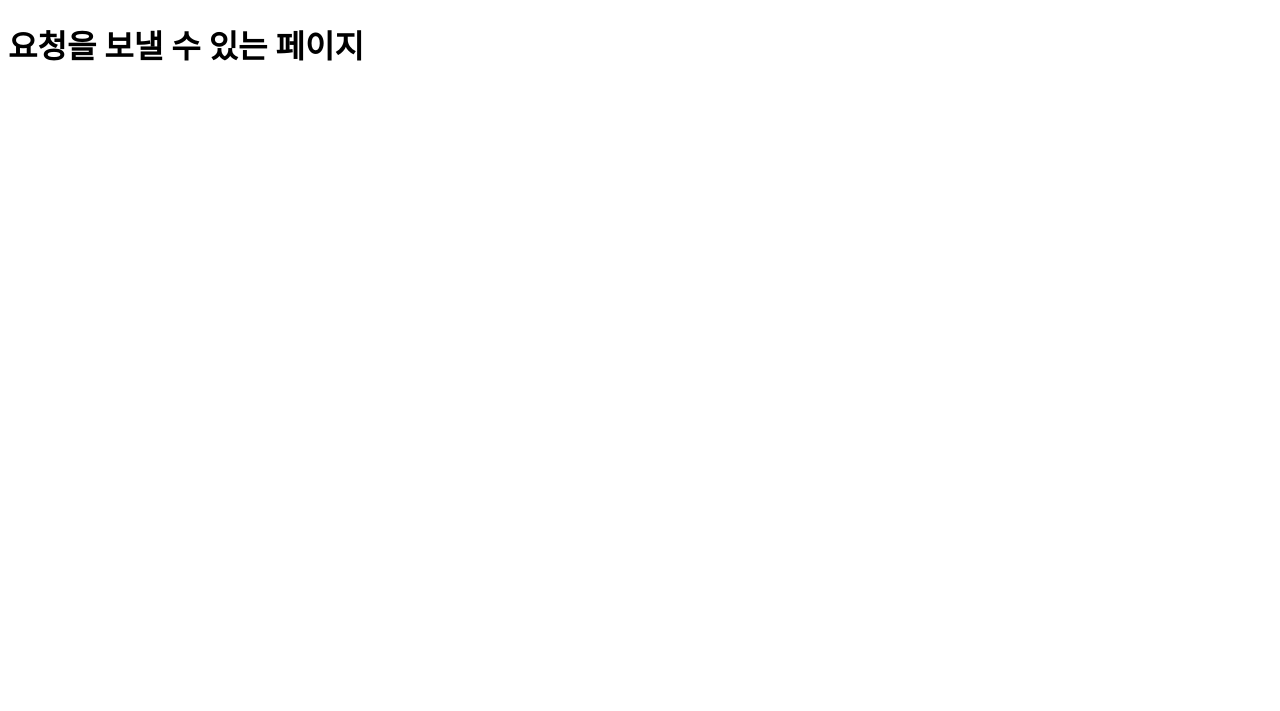
Repository: ham-zi/front-practice
Page: dynamic-workspace/MyFirstWebProject/src/main/webapp/views/request_get.html
These files come from the project's save history. The page is drawn as it stood at one moment and after the next save; the edit follows.
The browser window is 1280 px wide. The pictures show the whole page.

Above is the page before, as saved 2026-05-04 03:34:53.

### dynamic-workspace/MyFirstWebProject/src/main/webapp/views/request_get.html
<!DOCTYPE html>
<html>
<head>
<meta charset="UTF-8">
<title>요청</title>
</head>
<body>

	<h1>요청을 보낼 수 있는 페이지</h1>

</body>
</html>

After the next save:
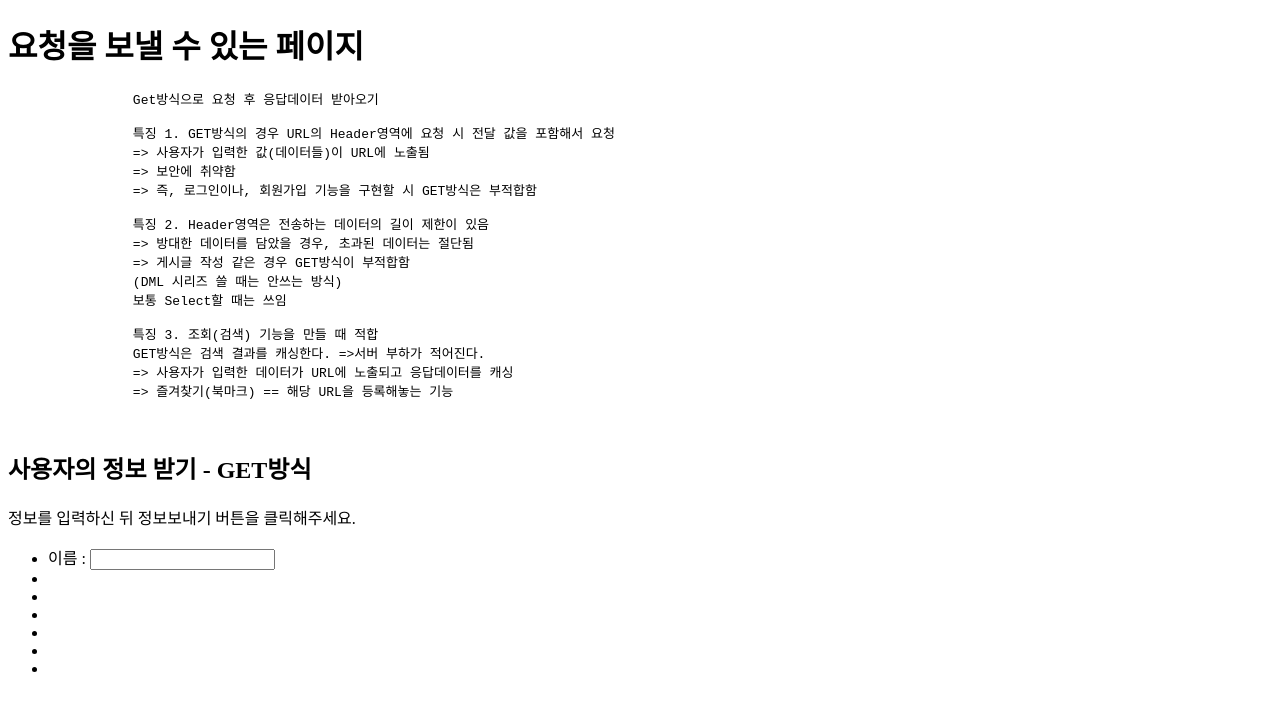
Saved 89 min 57 s later.
--- a/dynamic-workspace/MyFirstWebProject/src/main/webapp/views/request_get.html
+++ b/dynamic-workspace/MyFirstWebProject/src/main/webapp/views/request_get.html
@@ -8,5 +8,50 @@
 
 	<h1>요청을 보낼 수 있는 페이지</h1>
 
+
+	<pre>
+		Get방식으로 요청 후 응답데이터 받아오기
+
+		특징 1. GET방식의 경우 URL의 Header영역에 요청 시 전달 값을 포함해서 요청
+		=> 사용자가 입력한 값(데이터들)이 URL에 노출됨
+		=> 보안에 취약함
+		=> 즉, 로그인이나, 회원가입 기능을 구현할 시 GET방식은 부적합함
+
+		특징 2. Header영역은 전송하는 데이터의 길이 제한이 있음
+		=> 방대한 데이터를 담았을 경우, 초과된 데이터는 절단됨
+		=> 게시글 작성 같은 경우 GET방식이 부적합함
+		(DML 시리즈 쓸 때는 안쓰는 방식)
+		보통 Select할 때는 쓰임
+
+		특징 3. 조회(검색) 기능을 만들 때 적합
+		GET방식은 검색 결과를 캐싱한다. =>서버 부하가 적어진다.
+		=> 사용자가 입력한 데이터가 URL에 노출되고 응답데이터를 캐싱
+		=> 즐겨찾기(북마크) == 해당 URL을 등록해놓는 기능
+
+	</pre>
+
+	<h2> 사용자의 정보 받기 - GET방식 </h2>
+
+	<p>정보를 입력하신 뒤 정보보내기 버튼을 클릭해주세요.</p>
+
+	<form action="" method="get">
+		<ul>
+			<li>
+				이름 : <input type="text" />
+			</li>
+			<li>  </li>
+			<li>  </li>
+			<li>  </li>
+			<li>  </li>
+			<li>  </li>
+			<li>  </li>
+		</ul>
+	</form>
+
+
+
+
+
+
 </body>
 </html>
